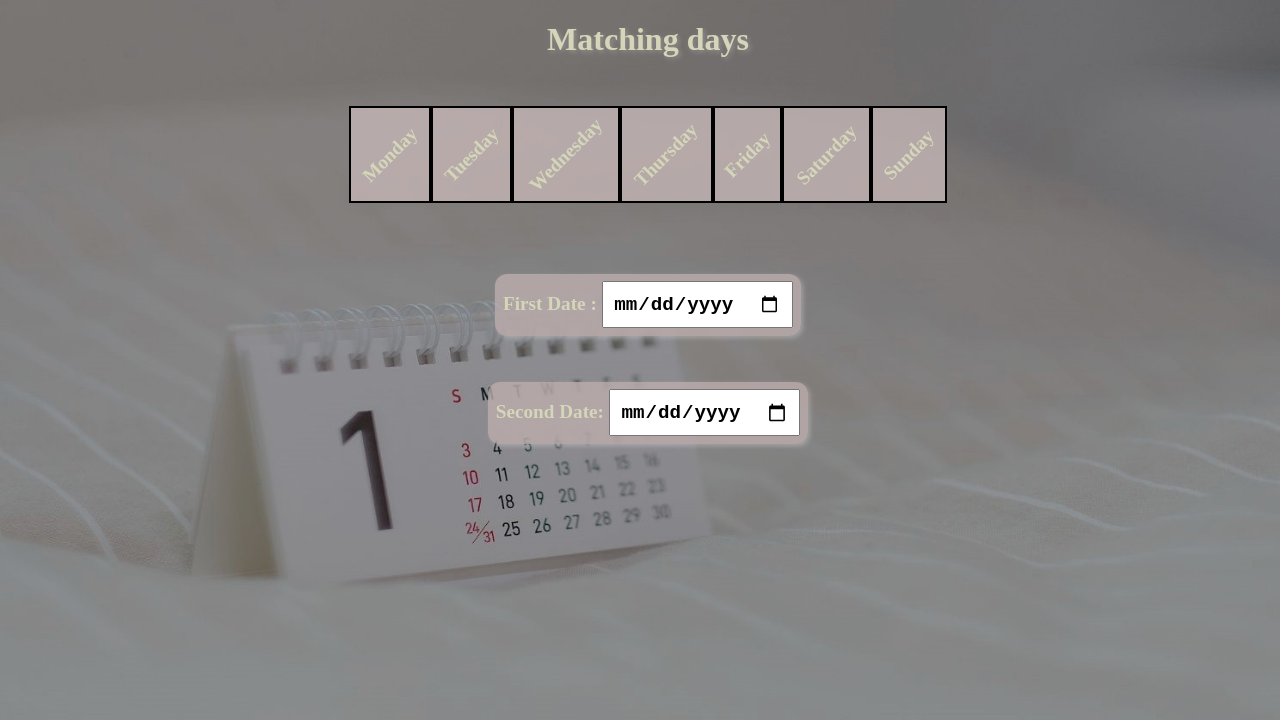
Repository: lasity34/matching-days
Page: index.html
The author's editor kept a copy of each file at every save. The page is drawn from the files as they stood at one save, then again after the next save.
The browser window is 1280 px wide. The page is 1288 px wide, so the pictures cover 1288 px, including what lies to the right of the window. The pictures show the whole page.
Some web fonts or font styles are not loaded; a fallback is used. Some web libraries are served in a nearby version.

Above is the page before, as saved 2023-05-10 12:40:39.

After the next save:
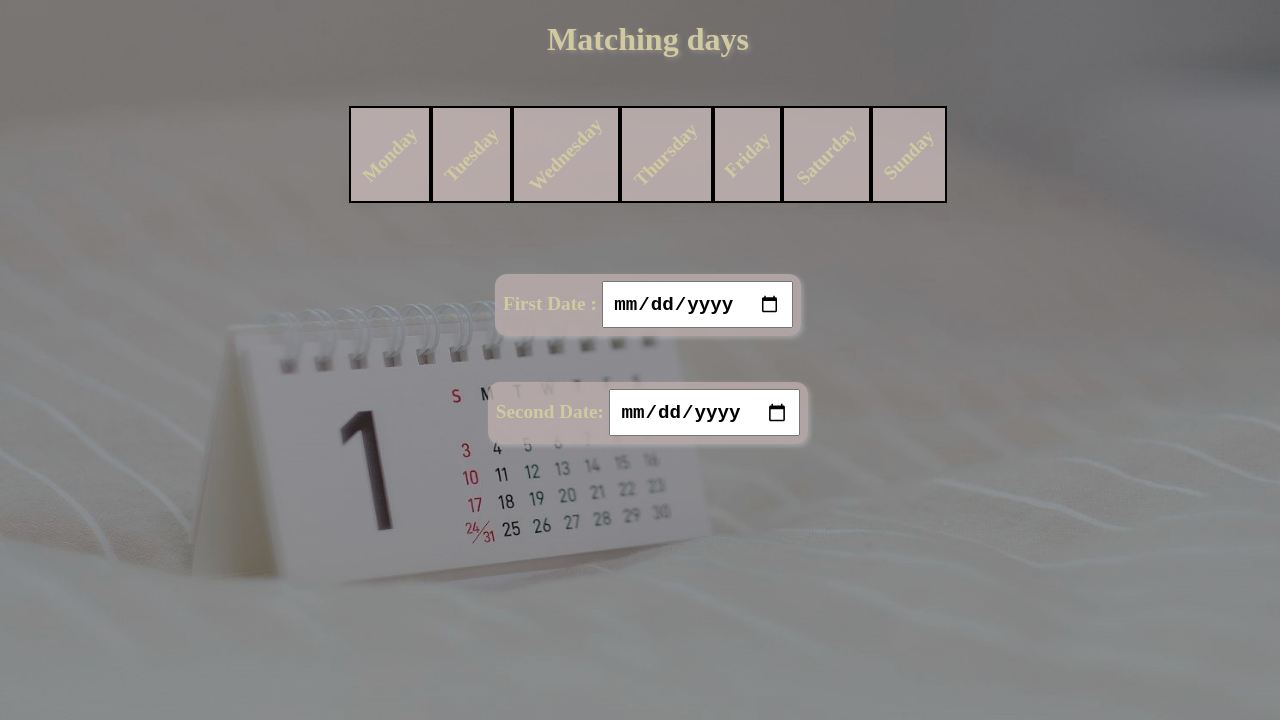
Saved 16 s later.
--- a/style.css
+++ b/style.css
@@ -4,7 +4,7 @@ html {
     background: url("./Images/background.jpg") no-repeat  center / 100% 100% fixed ;
     font-weight: 700;
     font-size: 16px;
-    color: #D4D6B9
+    color: #D1CAA1
 }
 
 body {
